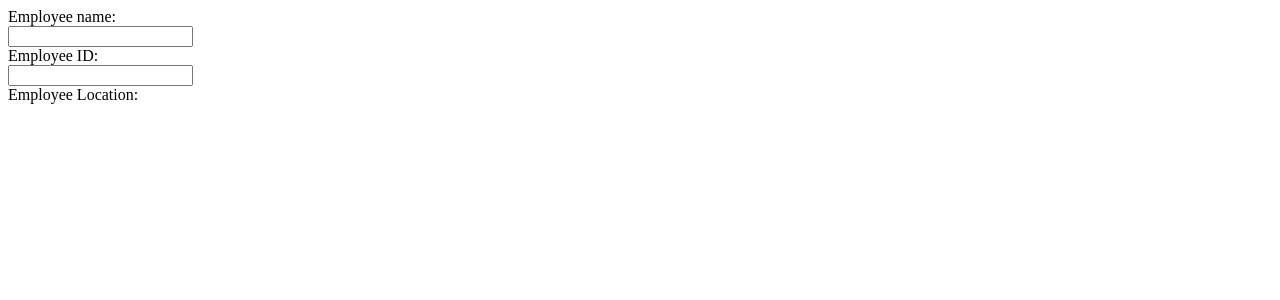
Repository: Apoorvasuswaram/cts
Page: appu/WebContent/a.html
The author's editor kept a copy of each file at every save. The page is drawn from the files as they stood at one save, then again after the next save.
The browser window is 1280 px wide. The pictures show the whole page.

Above is the page before, as saved 2020-01-18 11:28:13.

After the next save:
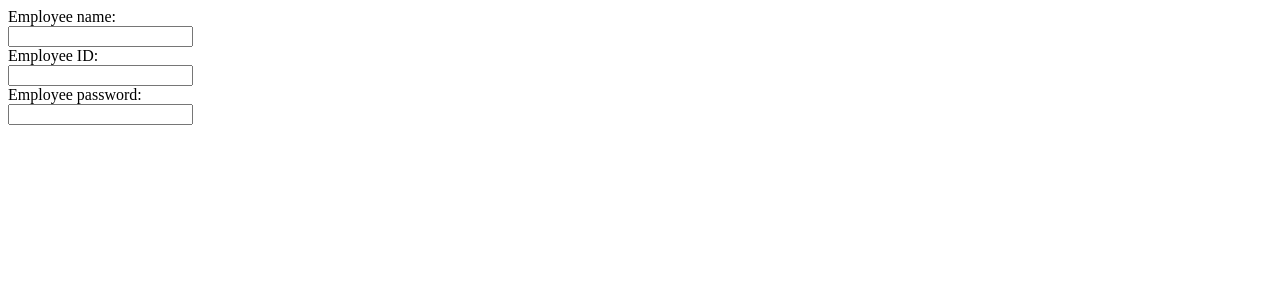
Saved 45 s later.
--- a/appu/WebContent/a.html
+++ b/appu/WebContent/a.html
@@ -11,6 +11,7 @@
 
   Employee ID:<br>
   <input type="text" name="Id"><br>
-  Employee Location:<br><br>
+  Employee password:<br>
+  <input type="text" name="password"><br>
 </body>
 </html>
